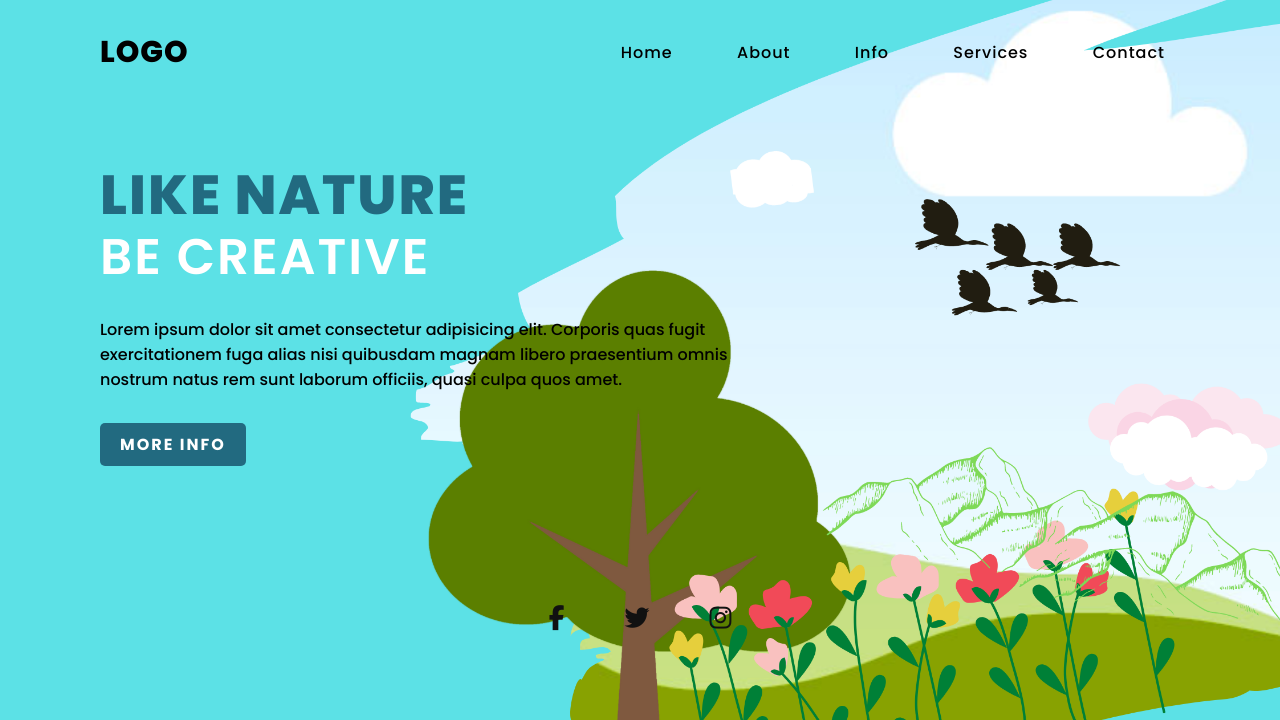
Repository: nganha241/CreativeNature
Page: index.html
These files come from the project's save history. The page is drawn as it stood at one moment and after the next save; the edit follows.
The browser window is 1280 px wide. The pictures show the whole page.
Some web libraries are served in a nearby version.

Above is the page before, as saved 2022-06-18 09:00:29.

After the next save:
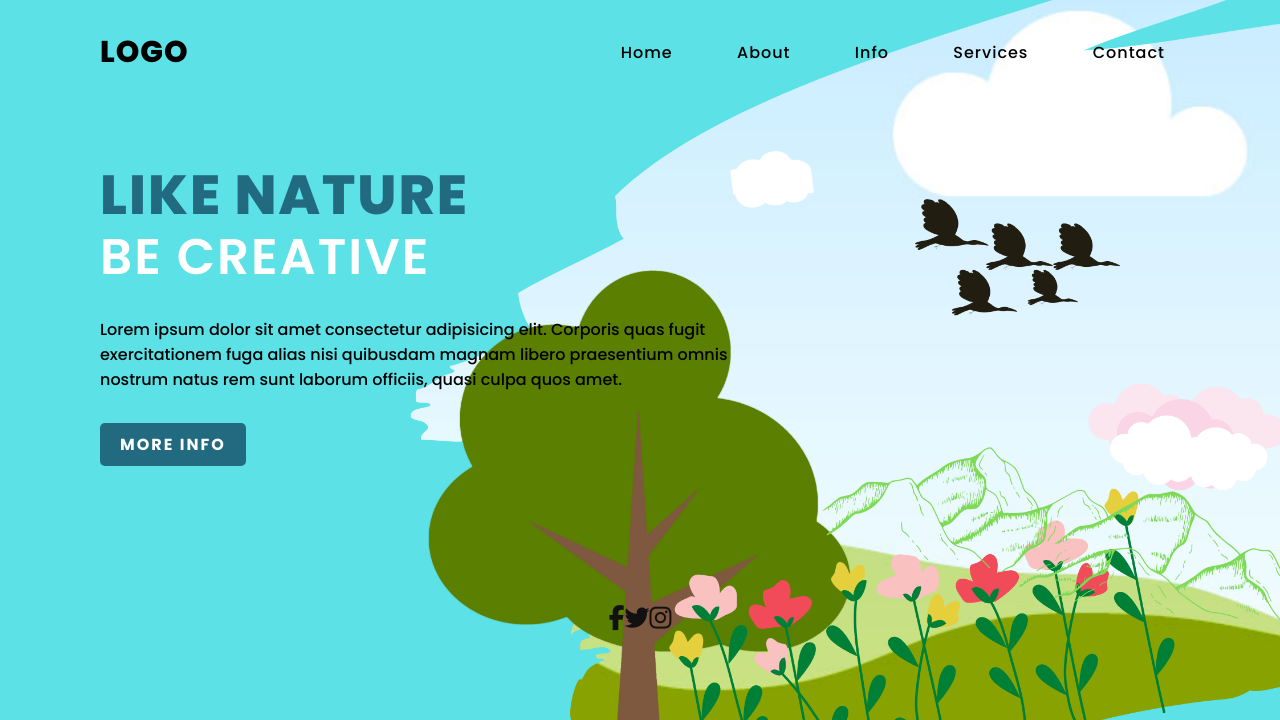
Saved 5 s later.
--- a/style.css
+++ b/style.css
@@ -118,5 +118,5 @@
 }
 
 .media-icons a:not(:last-child) {
-    margin-right: 60px;
+    /* margin-right: 60px; */
 }

After the save that followed:
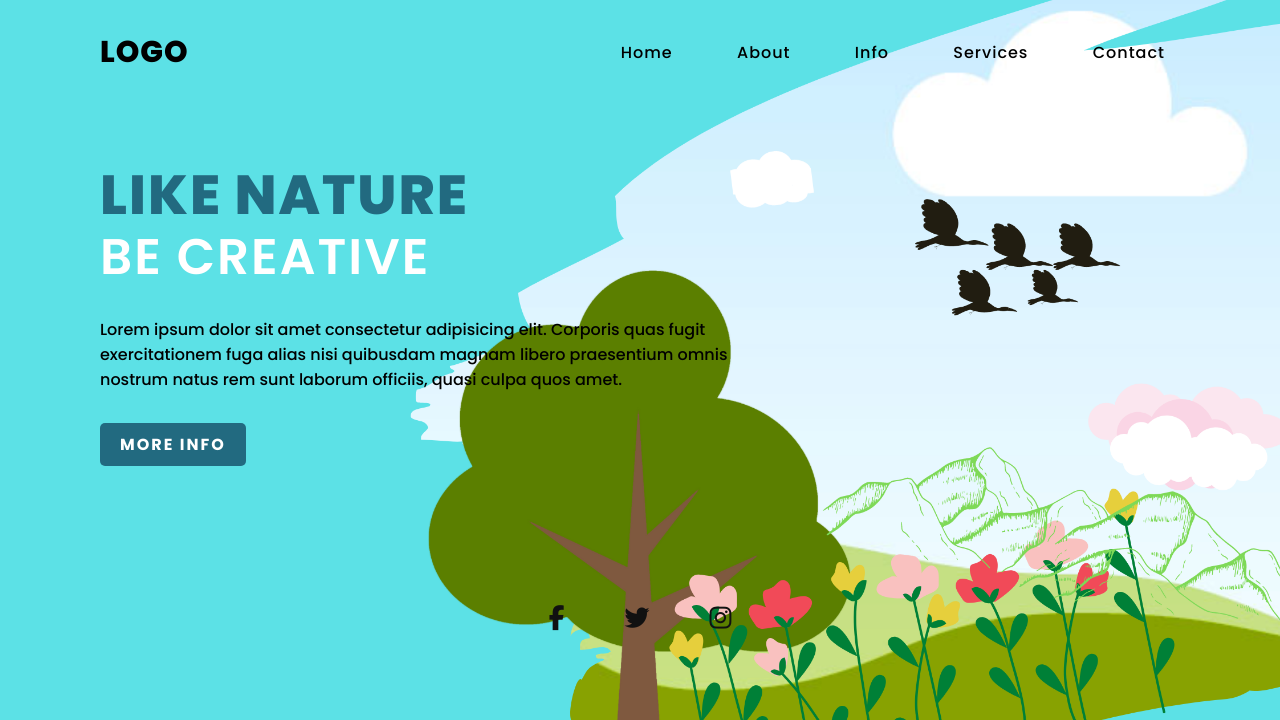
Saved 4 s later.
--- a/style.css
+++ b/style.css
@@ -118,5 +118,5 @@
 }
 
 .media-icons a:not(:last-child) {
-    /* margin-right: 60px; */
+    margin-right: 60px;
 }
